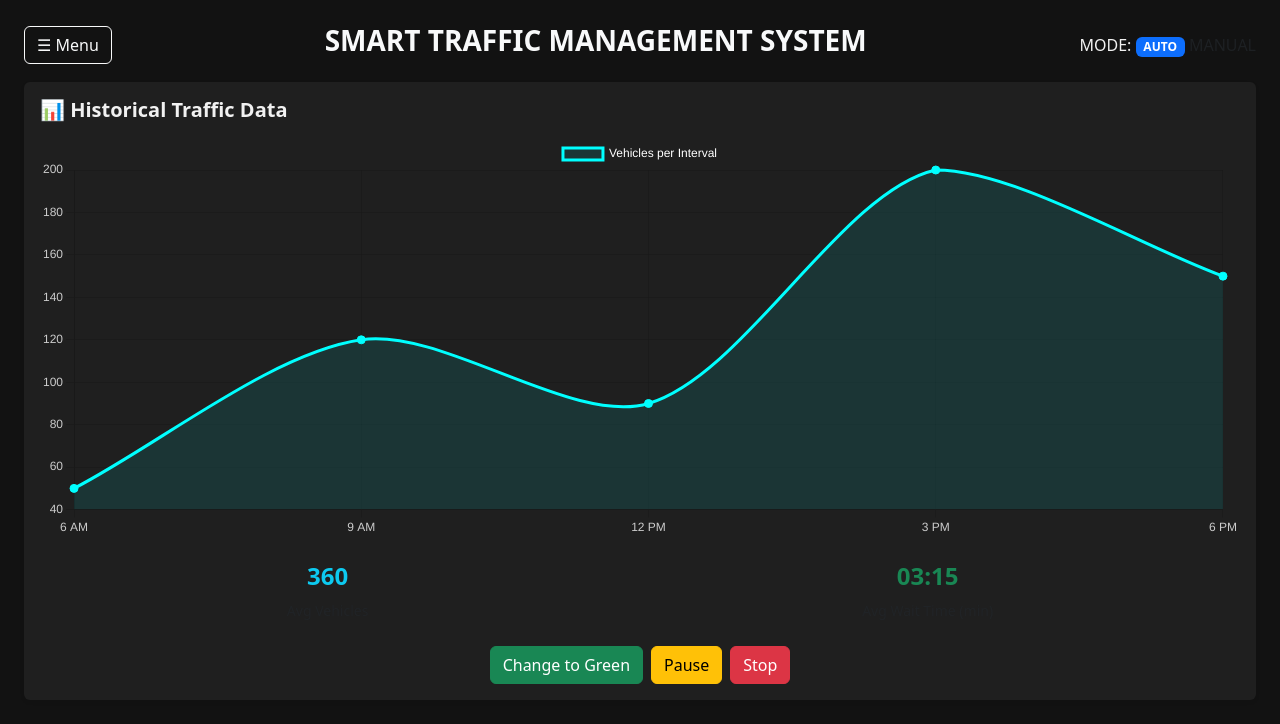
Repository: ayushkrpal/traffic-dashboard
Page: http://localhost/historical
The author's editor kept a copy of each file at every save. The page is drawn from the files as they stood at one save, then again after a run of saves.
The browser window is 1280 px wide. The pictures show the whole page.
The page is served by the project's Node server (server.js).

Above is the page before, as saved 2025-09-02 15:29:22.

After the next 2 saves:
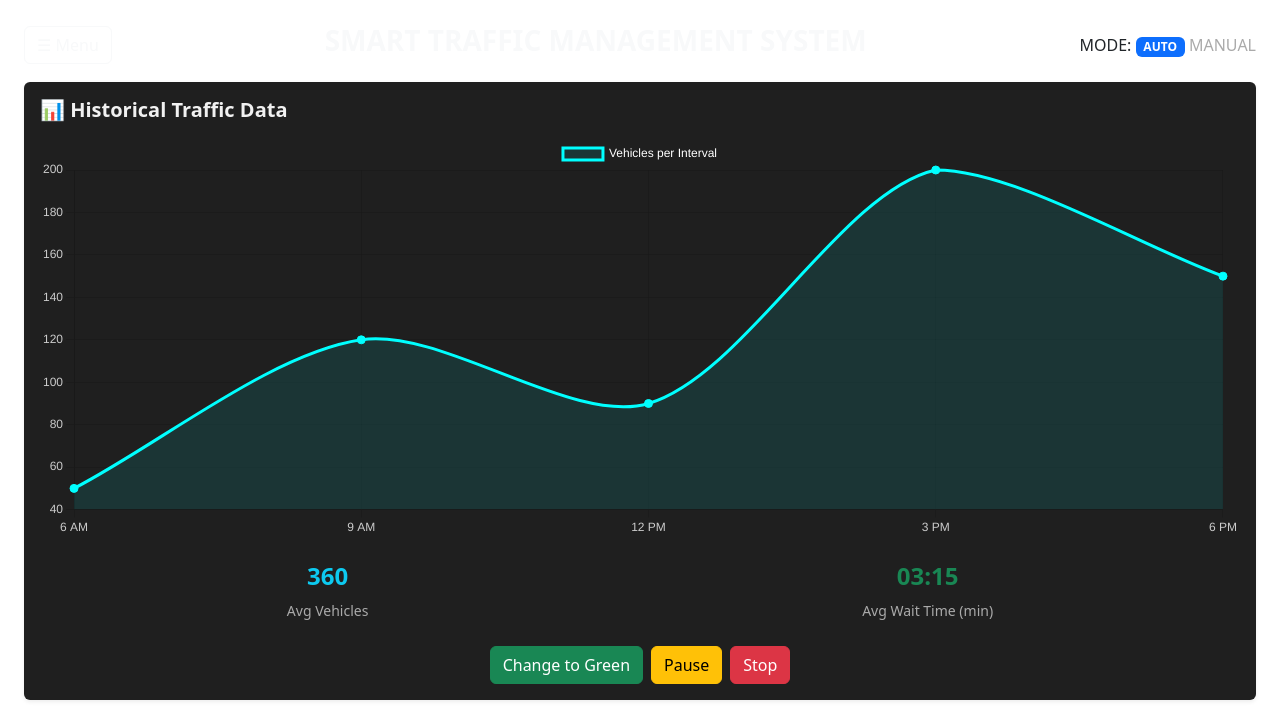
The 2 saves are shown as one change because they came seconds apart.
The last was saved 104 s later.
--- a/views/historical.ejs
+++ b/views/historical.ejs
@@ -5,39 +5,46 @@
   <title>Historical Data</title>
   <link href="https://cdn.jsdelivr.net/npm/bootstrap@5.3.0/dist/css/bootstrap.min.css" rel="stylesheet">
   <style>
-    body {
-      background-color: #121212;
-      color: #f1f1f1;
-    }
-    .btn-custom {
-      transition: all 0.3s ease;
-    }
-    .btn-custom:hover {
-      transform: scale(1.05);
-      box-shadow: 0 4px 12px rgba(0,0,0,0.5);
-    }
-    .offcanvas-dark {
-      background-color: #1e1e1e;
-      color: #f8f9fa;
-    }
-    .offcanvas-dark .offcanvas-header {
-      border-bottom: 1px solid #333;
-    }
-    .offcanvas-dark .nav-link {
-      color: #f8f9fa;
-    }
-    .offcanvas-dark .nav-link:hover {
-      color: #0d6efd;
-    }
-    .card {
-      background-color: #1f1f1f;
-      color: #f1f1f1;
-      border: none;
-    }
-    canvas {
-      max-height: 400px;
-    }
-  </style>
+    <style>
+  body {
+    background-color: #121212;
+    color: #f1f1f1;
+  }
+  .btn-custom {
+    transition: all 0.3s ease;
+  }
+  .btn-custom:hover {
+    transform: scale(1.05);
+    box-shadow: 0 4px 12px rgba(0,0,0,0.5);
+  }
+  .offcanvas-dark {
+    background-color: #1e1e1e;
+    color: #f8f9fa;
+  }
+  .offcanvas-dark .offcanvas-header {
+    border-bottom: 1px solid #333;
+  }
+  .offcanvas-dark .nav-link {
+    color: #f8f9fa;
+  }
+  .offcanvas-dark .nav-link:hover {
+    color: #0d6efd;
+  }
+  .card {
+    background-color: #1f1f1f;
+    color: #f1f1f1;
+    border: none;
+  }
+  canvas {
+    max-height: 400px;
+  }
+  /* ✅ Fix muted text for dark mode */
+  .text-muted {
+    color: #aaa !important;
+  }
+</style>
+
+
 </head>
 <body>
   <div class="container-fluid p-4">

After the save that followed:
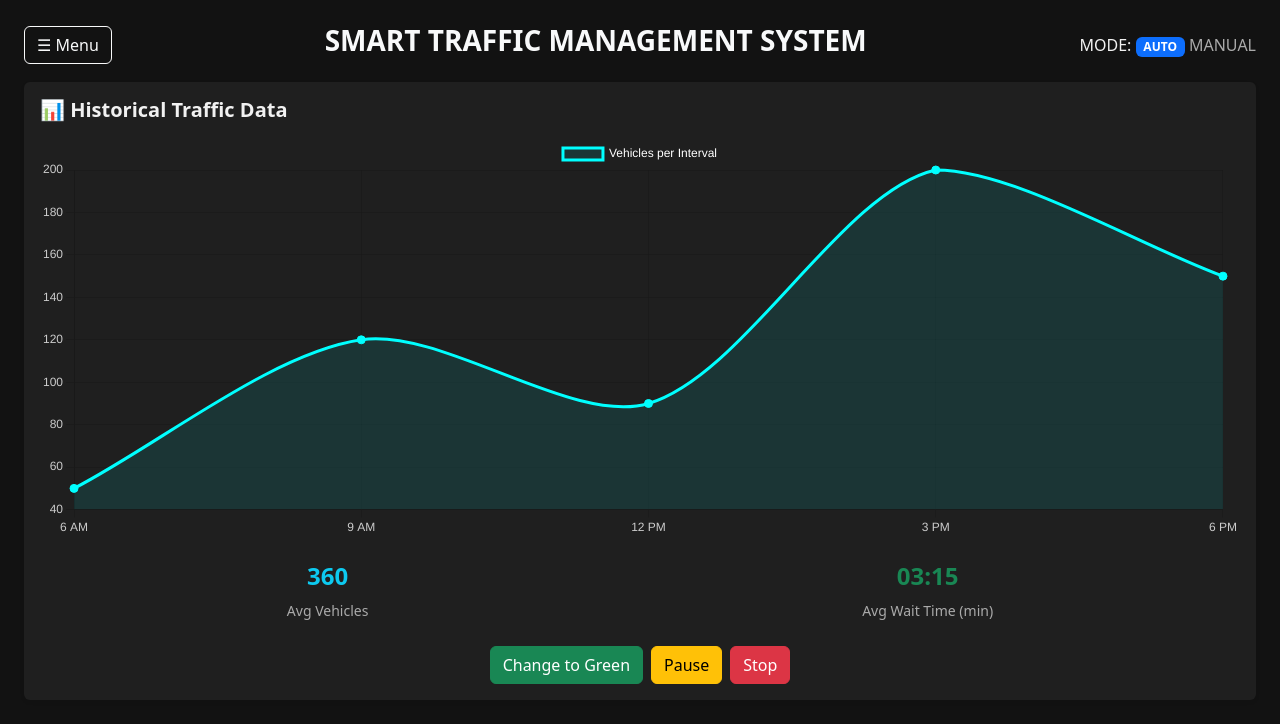
Saved 4 s later.
--- a/views/historical.ejs
+++ b/views/historical.ejs
@@ -4,7 +4,7 @@
   <meta charset="UTF-8">
   <title>Historical Data</title>
   <link href="https://cdn.jsdelivr.net/npm/bootstrap@5.3.0/dist/css/bootstrap.min.css" rel="stylesheet">
-  <style>
+
     <style>
   body {
     background-color: #121212;
